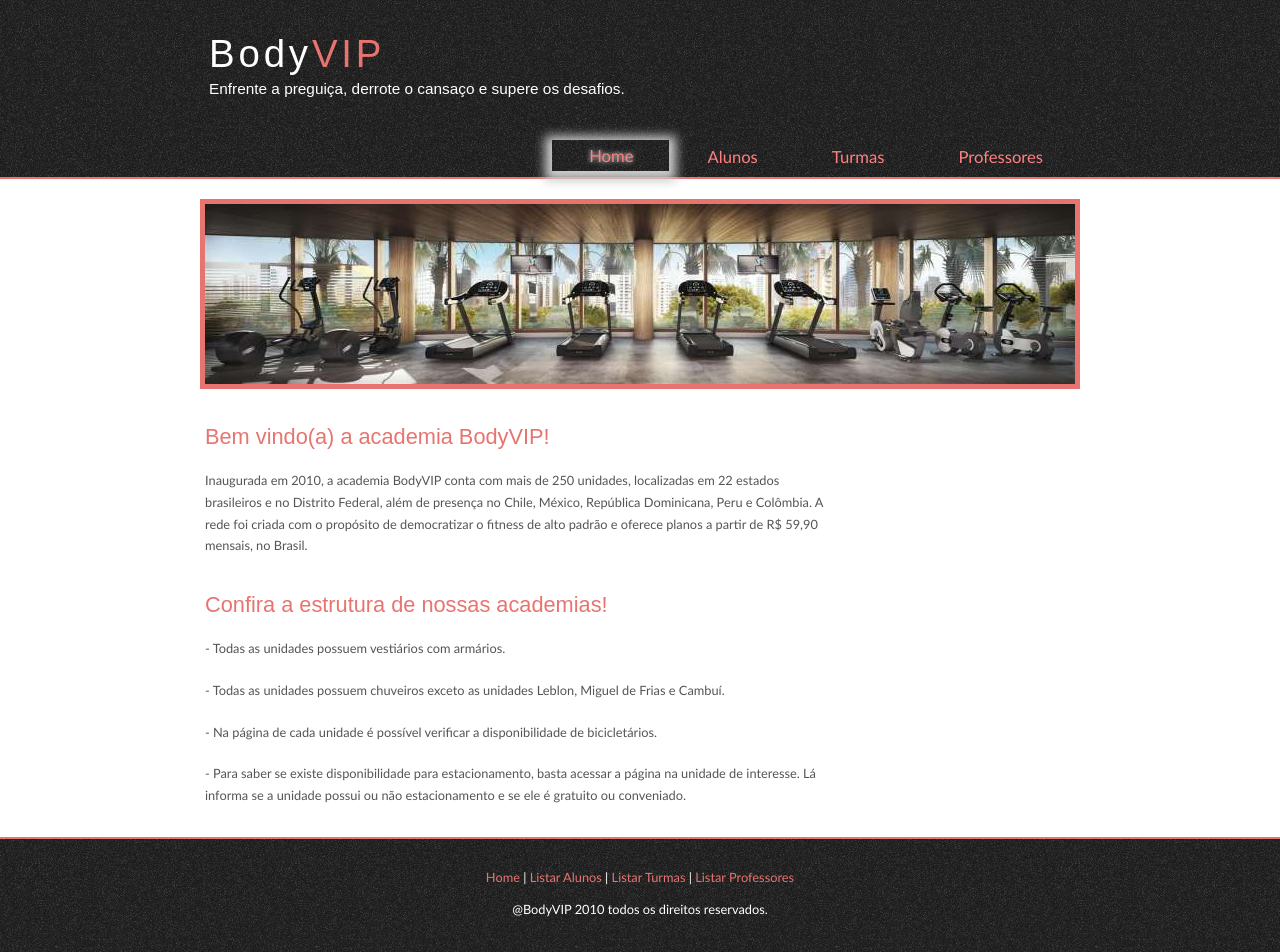
Repository: Thais-Ferreira/Projeto_bodyVIP
Page: http://localhost/BodyVIP/home.jsp
These files come from the project's save history. The page is drawn as it stood at one moment and after the next save; the edit follows.
The browser window is 1280 px wide. The pictures show the whole page.
The page is served by Tomcat 9. Other server files are loaded and not shown.

Above is the page before, as saved 2017-06-21 19:38:29.

### BodyVIP/WebContent/home.jsp
<%@ page language="java" contentType="text/html; charset=ISO-8859-1"
    pageEncoding="ISO-8859-1"%>
<!DOCTYPE html PUBLIC "-//W3C//DTD HTML 4.01 Transitional//EN" "http://www.w3.org/TR/html4/loose.dtd">
<html>
<head>
	<meta http-equiv="Content-Type" content="text/html; charset=ISO-8859-1">
	<link rel="stylesheet" type="text/css" href="css/style.css" />
	<title>Home</title>
</head>
<body>
	<div id="main">
    <div id="header">
      <div id="logo">
        <div id="logo_text">
          <h1><a href="home.jsp">Body<span class="logo_colour">VIP</span></a></h1>
          <h2>Enfrente a preguiça, derrote o cansaço e supere os desafios.</h2>
        </div>
      </div>
      <div id="menubar">
        <ul class="menu">
          <li class="selected"><a href="home.jsp">Home</a></li>
          <li><a href="#">Alunos</a>
          	<ul>
          		<li><a href="AlunoController?acao=cadastro">Cadastrar</a>
          		<li><a href="AlunoController?acao=buscaLista">Listar</a></li>
          	</ul>
          </li>
          <li><a href="#">Turmas</a>
          	<ul>
          		<li><a href="TurmaController?acao=cadastro">Cadastrar</a></li>
          		<li><a href="TurmaController?acao=buscaLista">Listar</a></li>
          	</ul>
          </li>
          <li><a href="#">Professores</a>
          	<ul>
          		<li><a href="ProfessorController?acao=cadastro">Cadastrar</a></li>
          		<li><a href="ProfessorController?acao=buscaLista">Listar</a></li>
          	</ul>
          </li>
        </ul>
      </div>
    </div>
    <div id="content_header"></div>
    <div id="site_content">
      <div id="banner"></div>

      <div id="content">
        <h1>Bem vindo(a) a academia BodyVIP!</h1>
        <p>Inaugurada em 2010, a academia BodyVIP conta com mais de 250 unidades, localizadas em 22 estados brasileiros
        e no Distrito Federal, além de presença no Chile, México, República Dominicana, Peru e Colômbia.
        A rede foi criada com o propósito de democratizar o fitness de alto padrão e oferece planos
        a partir de R$ 59,90 mensais, no Brasil.
		</p>
        <h1>Confira a estrutura de nossas academias!</h1>
        <p>- Todas as unidades possuem vestiários com armários.</p>
        <p>- Todas as unidades possuem chuveiros exceto as unidades Leblon, Miguel de Frias e Cambuí.</p>
        <p>- Na página de cada unidade é possível verificar a disponibilidade de bicicletários. </p>
        <p>- Para saber se existe disponibilidade para estacionamento, basta acessar a página na unidade de
        interesse. Lá informa se a unidade possui ou não estacionamento e se ele é gratuito ou conveniado. </p>
      </div>
    </div>
    <div id="content_footer"></div>
    <div id="footer">
      <p><a href="home.jsp">Home</a> | <a href="AlunoController?acao=buscaLista">Listar Alunos</a> | <a href="TurmaController?acao=buscaLista">Listar Turmas</a> | <a href="ProfessorController?acao=buscaLista">Listar Professores</a></p>
      <p>@BodyVIP 2010 todos os direitos reservados.</p>
    </div>
  </div>
</body>
</html>

### BodyVIP/WebContent/css/style.css
@CHARSET "ISO-8859-1";

html
{ height: 100%;}

*
{ margin: 0;
  padding: 0;}

body
{ font: normal .80em 'trebuchet ms', arial, sans-serif;
  background: #FFF;
  color: #555;}

p
{ padding: 0 0 20px 0;
  line-height: 1.7em;}

img
{ border: 0;}

h1, h2, h3, h4, h5, h6
{ color: #E7746F;
  letter-spacing: 0em;
  padding: 0 0 5px 0;}

h1, h2, h3
{ font: normal 170% 'century gothic', arial;
  margin: 0 0 15px 0;
  padding: 15px 0 5px 0;}

h2
{ font-size: 160%;
  padding: 9px 0 5px 0;}

h3
{ font-size: 140%;
  padding: 5px 0 0 0;}

h4, h6
{ color: #009FBC;
  padding: 0 0 5px 0;
  font: normal 110% arial;
  text-transform: uppercase;}

h5, h6
{ color: #888;
  font: normal 95% arial;
  letter-spacing: normal;
  padding: 0 0 15px 0;}

a, a:hover
{ outline: none;
  text-decoration: underline;
  color: #009FBC;}

a:hover
{ text-decoration: none;}

blockquote
{ margin: 20px 0;
  padding: 10px 20px 0 20px;
  border: 1px solid #E5E5DB;
  background: #FFF;}

ul
{ margin: 2px 0 22px 17px;}

ul li
{ list-style-type: circle;
  margin: 0 0 6px 0;
  padding: 0 0 4px 5px;
  line-height: 1.5em;}

ol
{ margin: 8px 0 22px 20px;}

ol li
{ margin: 0 0 11px 0;}

.left
{ float: left;
  width: auto;
  margin-right: 10px;}

.right
{ float: right;
  width: auto;
  margin-left: 10px;}

.center
{ display: block;
  text-align: center;
  margin: 20px auto;}

#main, #logo, #menubar, #site_content, #footer
{ margin-left: auto;
  margin-right: auto;}

#header
{ background: #1d1d1d url(../imagens/pattern.png) repeat;
  border-bottom: 2px solid #E7746F;
  height: 177px;}

#banner
{ background: transparent url(../imagens/banner.jpg) no-repeat;
  width: 870px;
  height: 180px;
  margin-bottom: 20px;
  border: 5px solid #E7746F;}

#logo
{ width: 880px;
  position: relative;
  height: 140px;
  background: transparent;}

#logo #logo_text
{ position: absolute;
  top: 10px;
  left: 0;}

#logo h1, #logo h2
{ font: normal 300% 'century gothic', arial, sans-serif;
  border-bottom: 0;
  text-transform: none;
  margin: 0 0 0 9px;}

#logo_text h1, #logo_text h1 a, #logo_text h1 a:hover
{ padding: 22px 0 0 0;
  color: #FFF;
  letter-spacing: 0.1em;
  text-decoration: none;}

#logo_text h1 a .logo_colour
{ color: #E7746F;}

#logo_text a:hover .logo_colour
{ color: #FFF;}

#logo_text h2
{ font-size: 120%;
  padding: 4px 0 0 0;
  color: #FFF;}

#menubar
{ width: 880px;
  height: 46px; }

ul#menu
{ list-style:none;
  float: right;
  margin: 0;}

ul#menu li
{ float: left;
  padding: 0 0 0 9px;
  position: absolute;
  list-style: none;
  margin: 1px 2px 0 0;
  background: transparent;
  display: none; }

ul#menu li a
{ font: normal 100% 'trebuchet ms', sans-serif;
  display: block;
  float: left;
  height: 20px;
  padding: 6px 35px 5px 28px;
  text-align: center;
  color: #FFF;
  text-decoration: none;
  background: transparent;}

ul#menu li.selected a
{ height: 20px;
  padding: 6px 35px 5px 28px;}

ul#menu li.selected
{ margin: 1px 2px 0 0;
  background: #E7746F;}

ul#menu li.selected a, ul#menu li.selected a:hover
{ background: #E7746F;
  color: #FFF;}

ul#menu li a:hover
{ color: #FFF;
  display: block;
  background: #E7746F;}

#site_content
{ width: 880px;
  overflow: hidden;
  margin: 20px auto 0 auto;
  padding: 0 0 10px 0;}

#sidebar_container
{ float: right;
  width: 224px;}

.sidebar_top
{ width: 222px;
  height: 14px;
  background: transparent url(../imagens/side_top.png) no-repeat;}

.sidebar_base
{ width: 222px;
  height: 14px;
  background: url(../imagens/side_base.png) no-repeat;}

.sidebar
{ float: right;
  width: 222px;
  padding: 0;
  margin: 0 0 16px 0;}

.sidebar_item
{ background: url(../imagens/side_back.png) repeat-y;
  padding: 0 15px;
  width: 192px;}

.sidebar li a.selected
{ color: #444;}

.sidebar ul
{ margin: 0;}

#content
{ text-align: left;
  width: 620px;
  padding: 0 0 0 5px;
  float: left;}

#content ul
{ margin: 2px 0 22px 0px;}

#content ul li, .sidebar ul li
{ list-style-type: none;
  background: url(../imagens/bullet.png) no-repeat;
  margin: 0 0 0 0;
  padding: 0 0 4px 25px;
  line-height: 1.5em;}

#footer
{ width: 100%;
  font-family: 'trebuchet ms', sans-serif;
  font-size: 100%;
  height: 80px;
  padding: 28px 0 5px 0;
  text-align: center;
  background: transparent url(../imagens/pattern.png) repeat;
  border-top: 2px solid #E7746F;
  color: #FFF;}

#footer p
{ line-height: 1.7em;
  padding: 0 0 10px 0;}

#footer a
{ color: #E7746F;
  text-decoration: none;}

#footer a:hover
{ color: #FFF;
  text-decoration: none;}

.search
{ color: #5D5D5D;
  border: 1px solid #BBB;
  width: 134px;
  padding: 4px;
  font: 100% arial, sans-serif;}

.form_settings
{ margin: 15px 0 0 0;}

.form_settings p
{ padding: 0 0 4px 0;}

.form_settings span
{ float: left;
  width: 200px;
  text-align: left;}

.form_settings input, .form_settings textarea
{ padding: 5px;
  width: 299px;
  font: 100% arial;
  border: 1px solid #E5E5DB;
  background: #FFF;
  color: #47433F;}

.form_settings .submit
{ font: 100% arial;
  border: 0;
  width: 99px;
  margin: 0 0 0 212px;
  height: 33px;
  padding: 2px 0 3px 0;
  cursor: pointer;
  background: #E7746F;
  color: #FFF;}

.form_settings textarea, .form_settings select
{ font: 100% arial;
  width: 299px;}

.form_settings select
{ width: 310px;}

.form_settings .checkbox
{ margin: 4px 0;
  padding: 0;
  width: 14px;
  border: 0;
  background: none;}

.separator
{ width: 100%;
  height: 0;
  border-top: 1px solid #D9D5CF;
  border-bottom: 1px solid #FFF;
  margin: 0 0 20px 0;}

table
{ margin: 0 0 30px 0;}

table tr th, table tr td
{ background: #E5E5DB;
  color: #47433F;
  padding: 7px 4px;
  text-align: center;}

table tr td
{ background: #E5E5DB;
  color: #47433F;
  border-top: 1px solid #FFF;}

.menu{
	list-style:none;
	float: right;
	margin: 0;
}

.menu li{
	position:relative;
	padding: 0 0 0 9px;
	float:left;
	list-style: none;
	margin: 1px 2px 0 0;

}

.menu li a{
	font: normal 130% 'trebuchet ms', sans-serif;
	display:block;
	float: left;
  	height: 20px;
  	padding: 6px 35px 5px 28px;
  	text-align: center;
	color: #ff8080;
	text-decoration:none;
	background: transparent;

}

.menu li a:hover{

	color:#fff;
	-moz-box-shadow:0 3px 10px 0 #CCC;
	-webkit-box-shadow:7px 3px 10px 0 #ccc;
	text-shadow:0px 0px 5px #fff;
}

.menu li  ul{
	position:absolute;
	top:25px;
	left:0;
	background-color:#333;
	display:none;
}

.menu li:hover ul, .menu li.over ul{display:block;}

.menu li ul li{
border:1px solid #c0c0c0;
display:block;
width:150px;
}

.menu li.selected a
{ height: 20px;
  padding: 6px 35px 5px 28px;}

.menu li.selected
{ margin: 0px 2px 0 0;
  -moz-box-shadow:0 3px 10px 0 #CCC;
  -webkit-box-shadow:0px 3px 10px 7px #ccc;
   text-shadow:0px 0px 5px #fff}

ul#menu li.selected a, ul#menu li.selected a:hover
{ background: #E7746F;
  color: #FFF;}

ul#menu li a:hover
{ color: #FFF;
  background: #E7746F;}

After the next save:
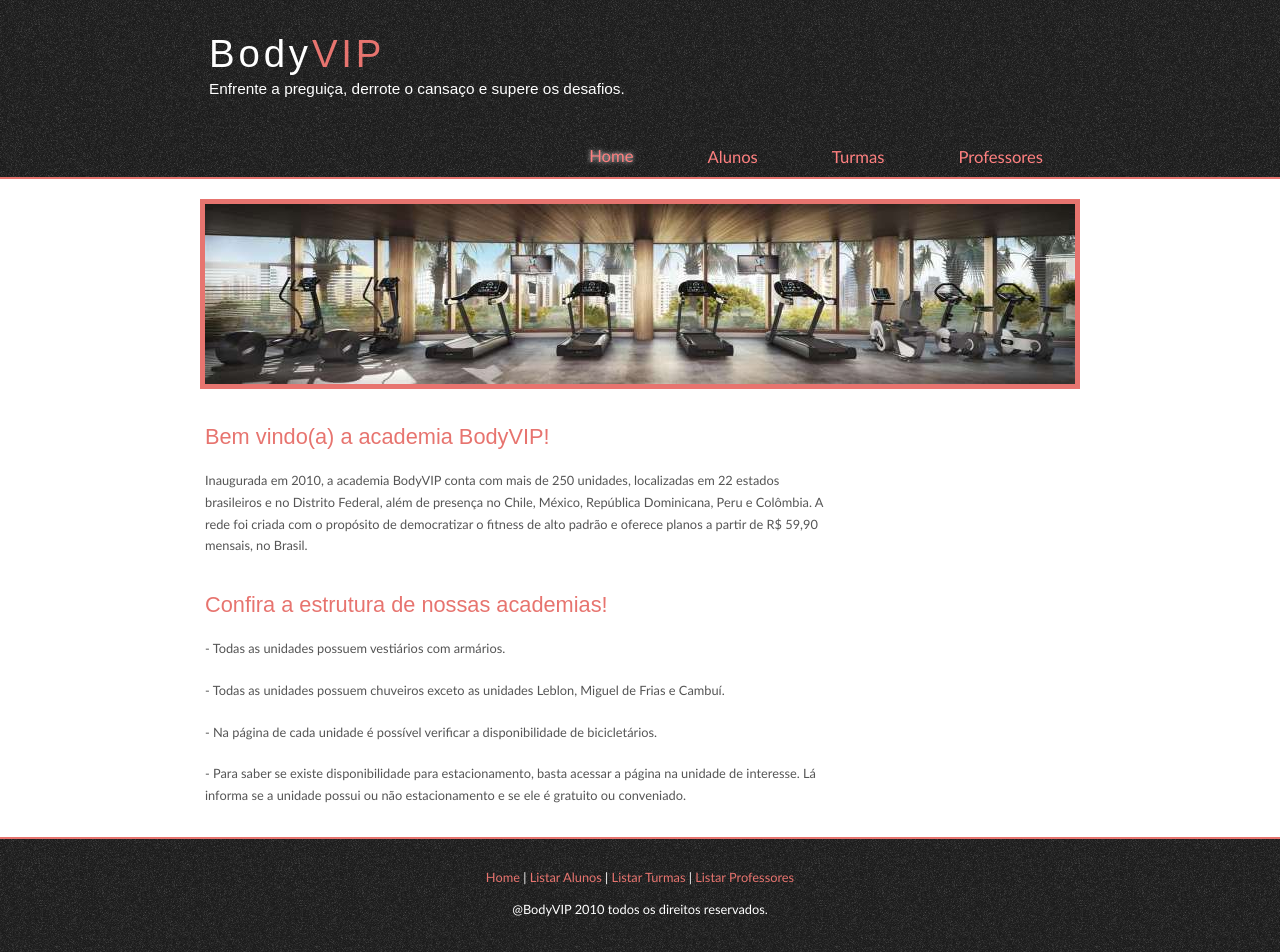
Saved 63 s later.
--- a/BodyVIP/WebContent/css/style.css
+++ b/BodyVIP/WebContent/css/style.css
@@ -395,8 +395,7 @@ width:150px;
 
 .menu li.selected
 { margin: 0px 2px 0 0;
-  -moz-box-shadow:0 3px 10px 0 #CCC;
-  -webkit-box-shadow:0px 3px 10px 7px #ccc;
+
    text-shadow:0px 0px 5px #fff}
 
 ul#menu li.selected a, ul#menu li.selected a:hover
